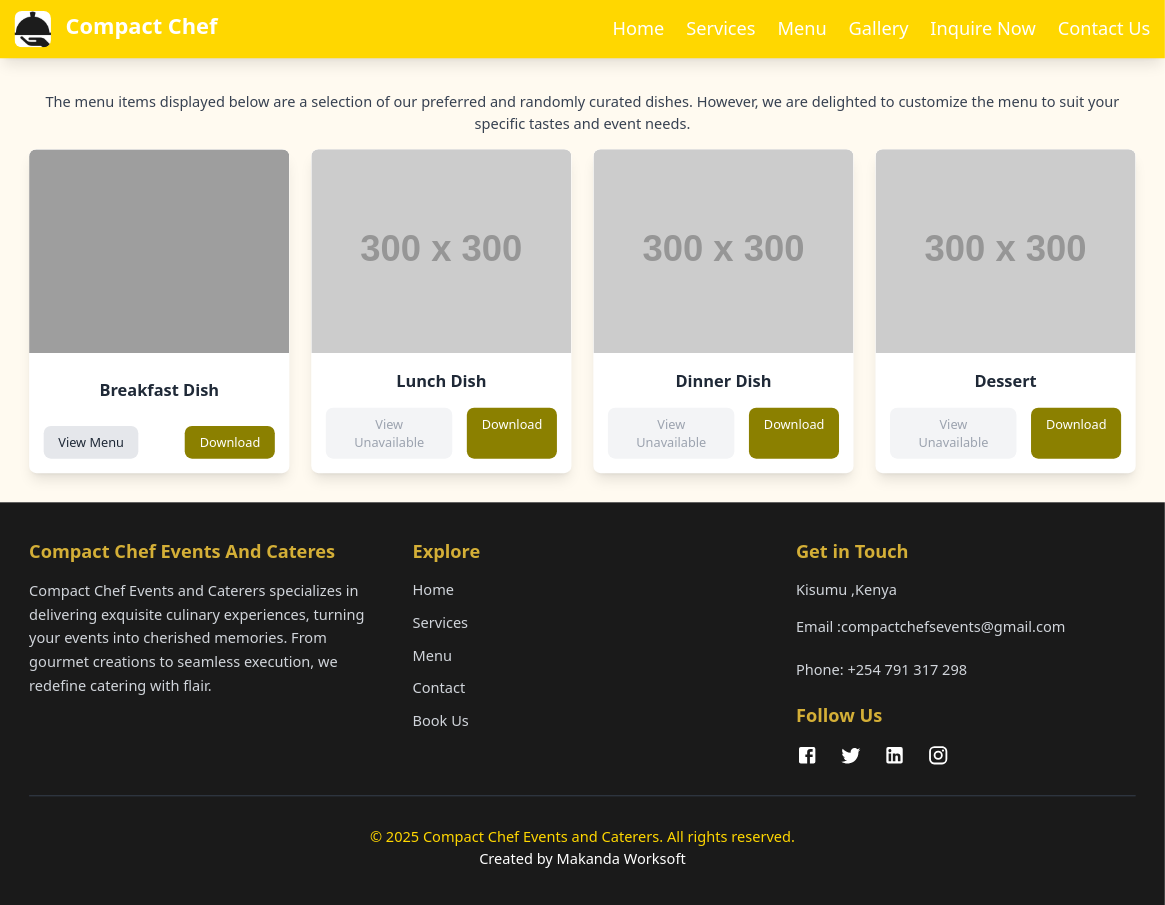
Repository: makanda596/compactchef
Page: /menu
These files come from the project's save history. The page is drawn as it stood at one moment and after the next save; the edit follows.
The browser window is 1280 px wide. The pictures show the whole page, at 91% of full size.
Pictures or frames that could not be fetched are drawn as grey boxes. The project was rebuilt for these pictures with package versions that can differ from the ones it lists, and the page was loaded fresh each time. Also part of the build but not shown: src/components/Hero.jsx, src/components/Client.jsx, src/components/Reviews.jsx, src/components/About.jsx, src/pages/Home.jsx, src/pages/Services.jsx, src/pages/Contact.jsx, src/pages/Book.jsx and 1 more.

Above is the page before, as saved 2025-01-17 17:50:09.

### public/index.html
<!DOCTYPE html>
<html lang="en">
  <head>
    <meta charset="utf-8" />
    <link rel="icon" href="./logo.jpg" />
    <meta name="viewport" content="width=device-width, initial-scale=1" />

    <link rel="apple-touch-icon" href="./logo.jpg" />


    <title>CompactChef Events</title>
  </head>
  <body>
    <div id="root"></div>
  </body>
</html>

### src/App.js
// src/App.jsx
import React from 'react';
import { BrowserRouter as Router, Routes, Route } from 'react-router-dom';
import Home from './pages/Home.jsx';
import Services from './pages/Services.jsx';
import Menu from './pages/Menu.jsx';
import Contact from './pages/Contact.jsx';
import Book from './pages/Book.jsx';
import Gallery from './pages/Gallery.jsx'; // Import the Gallery page
import Navbar from './components/Navbar.jsx';
import Footer from './components/Footer.jsx';

function App() {
  return (
    <>
      <Navbar />
      <Router>
        <Routes>
          <Route path="/" element={<Home />} />
          <Route path="/services" element={<Services />} />
          <Route path="/menu" element={<Menu />} />
          <Route path="/contact" element={<Contact />} />
          <Route path="/book" element={<Book />} />
          <Route path="/gallery" element={<Gallery />} /> {/* Add the gallery route */}
        </Routes>
      </Router>
      <Footer />
    </>
  );
}

export default App;

### src/pages/Menu.jsx
import React from 'react';

function Menu() {
    const menuItems = [
        {
            title: "Breakfast Dish",
            image: "https://res.cloudinary.com/db5pgr14l/image/upload/v1736313944/ugenya_syoeky.jpg",
            downloadLink: "https://res.cloudinary.com/db5pgr14l/raw/upload/v1736311737/ugenya_menu_eanlxs.docx",
            viewLink: "https://res.cloudinary.com/db5pgr14l/raw/upload/v1736311737/ugenya_menu_eanlxs.docx",
        },
        {
            title: "Lunch Dish",
            image: "https://via.placeholder.com/300",
            downloadLink: "https://res.cloudinary.com/db5pgr14l/raw/upload/v1736311737/ugenya_menu_eanlxs.docx",
        },
        {
            title: "Dinner Dish",
            image: "https://via.placeholder.com/300",
            downloadLink: "https://res.cloudinary.com/db5pgr14l/raw/upload/v1736311737/ugenya_menu_eanlxs.docx",
        },
        {
            title: "Dessert",
            image: "https://via.placeholder.com/300",
            downloadLink: "https://res.cloudinary.com/db5pgr14l/raw/upload/v1736311737/ugenya_menu_eanlxs.docx",
        },
    ];

    return (
        <div>
            <section className="p-8 bg-[#fffaf0]">
                <h2 className="text-3xl font-bold text-[#8b8000] text-center mb-8">Our Menu</h2>
                <p className="text-center mb-4 text-gray-700">
                    The menu items displayed below are a selection of our preferred and randomly curated dishes. However, we are delighted to customize the menu to suit your specific tastes and event needs.
                </p>
                <div className="grid grid-cols-2 sm:grid-cols-2 md:grid-cols-3 lg:grid-cols-4 gap-6">
                    {menuItems.map((item, index) => (
                        <div
                            key={index}
                            className="relative group overflow-hidden rounded-lg shadow-lg bg-white flex flex-col justify-between"
                        >
                            {/* Item Image */}
                            <img
                                src={item.image}
                                alt={`Image of ${item.title}`}
                                className="w-full h-56 object-cover rounded-t-lg"
                            />

                            {/* Title */}
                            <h3 className="text-lg font-bold text-center text-gray-800 mt-4 px-2">
                                {item.title}
                            </h3>

                            {/* Buttons */}
                            <div className="flex flex-col sm:flex-row justify-between gap-4 p-4">
                                {item.viewLink ? (
                                    <a
                                        href={item.viewLink}
                                        target="_blank"
                                        rel="noopener noreferrer"
                                        className="bg-gray-200 text-gray-800 py-2 px-4 text-center rounded-lg text-sm hover:bg-gray-300 transition-colors duration-300"
                                    >
                                        View Menu
                                    </a>
                                ) : (
                                    <span className="bg-gray-100 text-gray-400 py-2 px-4 text-center rounded-lg text-sm cursor-not-allowed">
                                        View Unavailable
                                    </span>
                                )}
                                {item.downloadLink ? (
                                    <a
                                        href={item.downloadLink}
                                        download
                                        className="bg-[#8b8000] text-white py-2 px-4 text-center rounded-lg text-sm hover:bg-[#a08d00] transition-colors duration-300"
                                    >
                                        Download
                                    </a>
                                ) : (
                                    <span className="bg-gray-100 text-gray-400 py-2 px-4 text-center rounded-lg text-sm cursor-not-allowed">
                                        Download Unavailable
                                    </span>
                                )}
                            </div>
                        </div>
                    ))}
                </div>
            </section>
        </div>
    );
}

export default Menu;

### src/components/Navbar.jsx
import React, { useState } from "react";
import logo from '../assets/logo.jpg'
const Navbar = () => {
    const [isOpen, setIsOpen] = useState(false);

    return (
        <nav className="bg-gold shadow-lg fixed top-0 z-50 w-full">
            <div className="container mx-auto px-4 flex justify-between items-center h-16">

                <div className="text-white font-bold text-2xl flex space-x-4">
                    <img src={logo} alt="" className="w-10 rounded-lg object-cover" />
                    <p>Compact Chef</p></div>

                <div className="lg:hidden">
                    <button
                        onClick={() => setIsOpen(!isOpen)}
                        className="text-white focus:outline-none"
                    >
                        <svg
                            className="w-6 h-6"
                            xmlns="http://www.w3.org/2000/svg"
                            fill="none"
                            viewBox="0 0 24 24"
                            stroke="currentColor"
                        >
                            {isOpen ? (
                                <path
                                    strokeLinecap="round"
                                    strokeLinejoin="round"
                                    strokeWidth="2"
                                    d="M6 18L18 6M6 6l12 12"
                                />
                            ) : (
                                <path
                                    strokeLinecap="round"
                                    strokeLinejoin="round"
                                    strokeWidth="2"
                                    d="M4 6h16M4 12h16M4 18h16"
                                />
                            )}
                        </svg>
                    </button>
                </div>

                {/* Links for Desktop */}
                <div className="hidden lg:flex space-x-6 text-xl">
                    <a href="/" className="text-white hover:underline">
                        Home
                    </a>
                    <a href="services" className="text-white hover:underline">
                        Services
                    </a>
                    <a href="menu" className="text-white hover:underline">
                        Menu
                    </a>

                    <a href="gallery" className="text-white hover:underline">
                        Gallery
                    </a>
                    <a href="book" className="text-white hover:underline" target="_blank" >
                        Inquire Now
                    </a>
                    <a href="contact" className="text-white hover:underline">
                        Contact Us
                    </a>

                </div>
            </div>

            {/* Mobile Menu */}
            {
                isOpen && (
                    <div className="lg:hidden bg-orange-400">
                        <a
                            href="/"
                            className="block py-2 px-4 text-white hover:bg-orange-300"
                        >
                            Home
                        </a>
                        <a
                            href="services"
                            className="block py-2 px-4 text-white hover:bg-orange-300"
                        >
                            Services
                        </a>
                        <a
                            href="menu"
                            className="block py-2 px-4 text-white hover:bg-orange-300"
                        >
                            Menu
                        </a>
                        <a
                            href="contact"
                            className="block py-2 px-4 text-white hover:bg-orange-300"
                        >
                            Contact
                        </a>
                        <a
                            href="book"
                            className="block py-2 px-4 text-white hover:bg-orange-300"
                        >
                            Book Us
                        </a>
                    </div>
                )
            }
        </nav >
    );
};

export default Navbar;

### src/components/Footer.jsx
import React from 'react';

import FacebookIcon from '@mui/icons-material/Facebook';
import TwitterIcon from '@mui/icons-material/Twitter';
import LinkedInIcon from '@mui/icons-material/LinkedIn';
import InstagramIcon from '@mui/icons-material/Instagram';
const Footer = () => {
    return (
        <footer className="bg-[#1a1a1a] text-white py-10">
            <div className="max-w-7xl mx-auto px-6 sm:px-8">
                <div className="grid grid-cols-1 md:grid-cols-3 gap-12">
                    <div>
                        <h3 className="text-xl font-bold text-[#d4af37] mb-4">Compact Chef Events And Cateres</h3>
                        <p className="text-md text-gray-300 leading-relaxed">
                            Compact Chef Events and Caterers specializes in delivering exquisite culinary experiences, turning your events into cherished memories. From gourmet creations to seamless execution, we redefine catering with flair.
                        </p>
                    </div>

                    <div>
                        <h3 className="text-xl font-bold text-[#d4af37] mb-4">Explore</h3>
                        <ul className="text-md text-gray-300 space-y-3">
                            <li>
                                <a href="/src" className="hover:text-[#d4af37] transition-colors">Home</a>
                            </li>
                            <li>
                                <a href="/services" className="hover:text-[#d4af37] transition-colors">Services</a>
                            </li>
                            <li>
                                <a href="/menu" className="hover:text-[#d4af37] transition-colors">Menu</a>
                            </li>
                            <li>
                                <a href="/contact" className="hover:text-[#d4af37] transition-colors">Contact</a>
                            </li>
                            <li>
                                <a href="/book" className="hover:text-[#d4af37] transition-colors">Book Us</a>
                            </li>
                        </ul>
                    </div>

                    <div>
                        <h3 className="text-xl font-bold text-[#d4af37] mb-4">Get in Touch</h3>
                        <ul className="text-md text-gray-300 space-y-4 flex-row">
                            <li>Kisumu ,Kenya</li>
                            <li>  <a href="mailto:compactchefsevents@gmail.com" target="_blank"
                                rel="noopener noreferrer" className='py-1 hover:text-gold'>Email :compactchefsevents@gmail.com</a> </li> <br />
                            <a href="tel:+254791317298" target="_blank"
                                rel="noopener noreferrer" className='py-1 hover:text-gold'>Phone: +254 791 317 298</a>
                        </ul>
                        <div className="pt-2 md:pt-6">
                            <h2 className="text-xl font-bold mb-4 text-[#d4af37]">Follow Us</h2>
                            <div className="flex space-x-6 justify-start">
                                <a
                                    href="https://www.facebook.com/yourpage"
                                    target="_blank"
                                    rel="noopener noreferrer"
                                    className="hover:text-blue-400 transition-colors"
                                >
                                    <FacebookIcon fontSize="medium" />
                                </a>
                                <a
                                    href="https://twitter.com/yourhandle"
                                    target="_blank"
                                    rel="noopener noreferrer"
                                    className="hover:text-blue-400 transition-colors"
                                >
                                    <TwitterIcon fontSize="medium" />
                                </a>
                                <a
                                    href="https://www.linkedin.com/company/yourcompany"
                                    target="_blank"
                                    rel="noopener noreferrer"
                                    className="hover:text-blue-400 transition-colors"
                                >
                                    <LinkedInIcon fontSize="medium" />
                                </a>
                                <a
                                    href="https://www.instagram.com/yourhandle"
                                    target="_blank"
                                    rel="noopener noreferrer"
                                    className="hover:text-pink-400 transition-colors"
                                >
                                    <InstagramIcon fontSize="medium" />
                                </a>
                            </div>



                        </div>
                    </div>
                </div>

                {/* Divider */}
                <div className="border-t border-gray-700 my-8"></div>

                <div className="text-center space-y-2 text-md">

                    <p className=" text-gold">
                        &copy; {new Date().getFullYear()} Compact Chef Events and Caterers. All rights reserved.
                    </p>
                    Created by <a href="https://wa.me/+254742149060" target="_blank" rel="noopener noreferrer" className='hover:text-blue-500'> Makanda Worksoft</a>

                </div>
            </div>
        </footer >
    );
};

export default Footer;

### tailwind.config.js
/** @type {import('tailwindcss').Config} */
module.exports = {
  content: [
    "./src/**/*.{js,jsx,ts,tsx}",
  ],
  theme: {
    extend: {
      animation: {
        'slide': 'slide 10s linear infinite',
      },
      colors: {
        gold: '#FFD700', // Gold color
      },
      keyframes: {
        slide: {
          '0%': { transform: 'translateX(100%)' },
          '100%': { transform: 'translateX(-100%)' },
        },
      },
    },
  },
  plugins: [],


}

Loaded but not shown: src/index.js (common file); src/index.css (common file); src/reportWebVitals.js (common file)

After the next save:
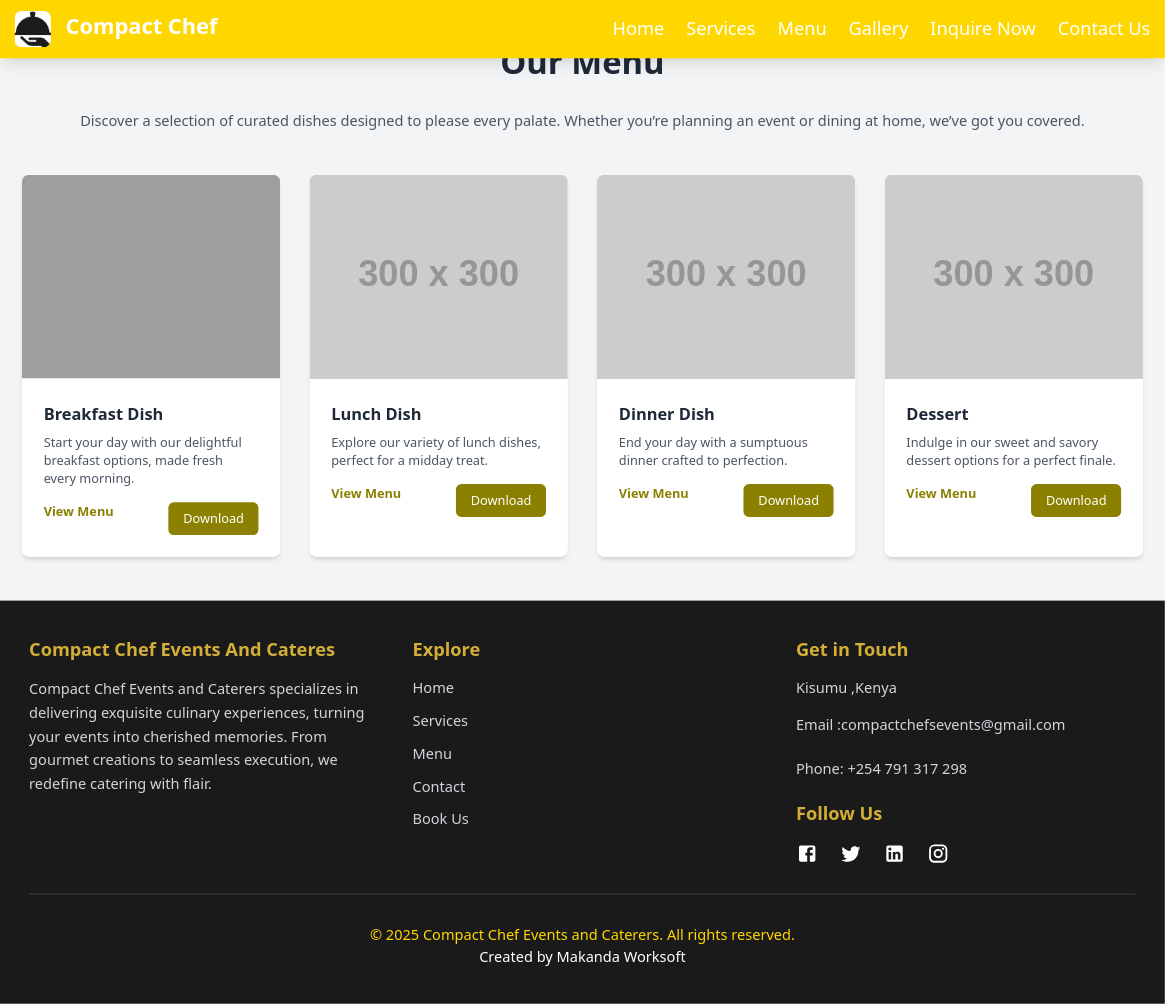
Saved 4 min 5 s later.
--- a/src/pages/Menu.jsx
+++ b/src/pages/Menu.jsx
@@ -5,85 +5,79 @@ function Menu() {
         {
             title: "Breakfast Dish",
             image: "https://res.cloudinary.com/db5pgr14l/image/upload/v1736313944/ugenya_syoeky.jpg",
+            description: "Start your day with our delightful breakfast options, made fresh every morning.",
             downloadLink: "https://res.cloudinary.com/db5pgr14l/raw/upload/v1736311737/ugenya_menu_eanlxs.docx",
             viewLink: "https://res.cloudinary.com/db5pgr14l/raw/upload/v1736311737/ugenya_menu_eanlxs.docx",
         },
         {
             title: "Lunch Dish",
             image: "https://via.placeholder.com/300",
+            description: "Explore our variety of lunch dishes, perfect for a midday treat.",
             downloadLink: "https://res.cloudinary.com/db5pgr14l/raw/upload/v1736311737/ugenya_menu_eanlxs.docx",
         },
         {
             title: "Dinner Dish",
             image: "https://via.placeholder.com/300",
+            description: "End your day with a sumptuous dinner crafted to perfection.",
             downloadLink: "https://res.cloudinary.com/db5pgr14l/raw/upload/v1736311737/ugenya_menu_eanlxs.docx",
         },
         {
             title: "Dessert",
             image: "https://via.placeholder.com/300",
+            description: "Indulge in our sweet and savory dessert options for a perfect finale.",
             downloadLink: "https://res.cloudinary.com/db5pgr14l/raw/upload/v1736311737/ugenya_menu_eanlxs.docx",
         },
     ];
 
     return (
-        <div>
-            <section className="p-8 bg-[#fffaf0]">
-                <h2 className="text-3xl font-bold text-[#8b8000] text-center mb-8">Our Menu</h2>
-                <p className="text-center mb-4 text-gray-700">
-                    The menu items displayed below are a selection of our preferred and randomly curated dishes. However, we are delighted to customize the menu to suit your specific tastes and event needs.
+        <div className="bg-gray-100 py-12">
+            <div className="max-w-7xl mx-auto px-6">
+                <h2 className="text-4xl font-extrabold text-center text-gray-800 mb-8">Our Menu</h2>
+                <p className="text-center text-gray-600 mb-12">
+                    Discover a selection of curated dishes designed to please every palate.
+                    Whether you’re planning an event or dining at home, we’ve got you covered.
                 </p>
-                <div className="grid grid-cols-2 sm:grid-cols-2 md:grid-cols-3 lg:grid-cols-4 gap-6">
+                <div className="grid grid-cols-1 sm:grid-cols-2 lg:grid-cols-4 gap-8">
                     {menuItems.map((item, index) => (
                         <div
                             key={index}
-                            className="relative group overflow-hidden rounded-lg shadow-lg bg-white flex flex-col justify-between"
+                            className="bg-white rounded-lg shadow-md overflow-hidden transform transition-all duration-300 hover:scale-105 hover:shadow-lg"
                         >
-                            {/* Item Image */}
-                            <img
-                                src={item.image}
-                                alt={`Image of ${item.title}`}
-                                className="w-full h-56 object-cover rounded-t-lg"
-                            />
-
-                            {/* Title */}
-                            <h3 className="text-lg font-bold text-center text-gray-800 mt-4 px-2">
-                                {item.title}
-                            </h3>
-
-                            {/* Buttons */}
-                            <div className="flex flex-col sm:flex-row justify-between gap-4 p-4">
-                                {item.viewLink ? (
+                            <div className="relative">
+                                <img
+                                    src={item.image}
+                                    alt={item.title}
+                                    className="w-full h-56 object-cover"
+                                />
+                                <div className="absolute inset-0 bg-gradient-to-t from-black via-transparent to-transparent opacity-0 hover:opacity-100 transition-opacity duration-300 flex items-end justify-center text-white">
+                                    <h3 className="text-lg font-semibold mb-4">{item.title}</h3>
+                                </div>
+                            </div>
+                            <div className="p-6">
+                                <h3 className="text-lg font-bold text-gray-800 mb-2">{item.title}</h3>
+                                <p className="text-sm text-gray-600 mb-4">{item.description}</p>
+                                <div className="flex justify-between">
                                     <a
                                         href={item.viewLink}
                                         target="_blank"
                                         rel="noopener noreferrer"
-                                        className="bg-gray-200 text-gray-800 py-2 px-4 text-center rounded-lg text-sm hover:bg-gray-300 transition-colors duration-300"
+                                        className="text-sm font-semibold text-[#8b8000] hover:text-[#a08d00]"
                                     >
                                         View Menu
                                     </a>
-                                ) : (
-                                    <span className="bg-gray-100 text-gray-400 py-2 px-4 text-center rounded-lg text-sm cursor-not-allowed">
-                                        View Unavailable
-                                    </span>
-                                )}
-                                {item.downloadLink ? (
                                     <a
                                         href={item.downloadLink}
                                         download
-                                        className="bg-[#8b8000] text-white py-2 px-4 text-center rounded-lg text-sm hover:bg-[#a08d00] transition-colors duration-300"
+                                        className="bg-[#8b8000] text-white py-2 px-4 rounded-md text-sm hover:bg-[#a08d00] transition"
                                     >
                                         Download
                                     </a>
-                                ) : (
-                                    <span className="bg-gray-100 text-gray-400 py-2 px-4 text-center rounded-lg text-sm cursor-not-allowed">
-                                        Download Unavailable
-                                    </span>
-                                )}
+                                </div>
                             </div>
                         </div>
                     ))}
                 </div>
-            </section>
+            </div>
         </div>
     );
 }
